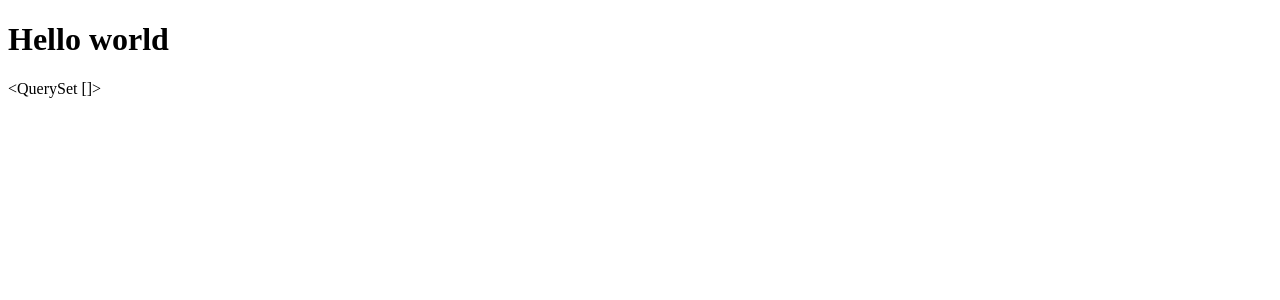
Repository: guidogr95/Django-CRM
Page: http://localhost/
These files come from the project's save history. The page is drawn as it stood at one moment and after the next save; the edit follows.
The browser window is 1280 px wide. The pictures show the whole page.
The page is served by the project's application, run on Django 3.2 (manage.py). Queries for data that is not in the repository find no rows.

Above is the page before, as saved 2021-06-27 12:50:02.

After the next save:
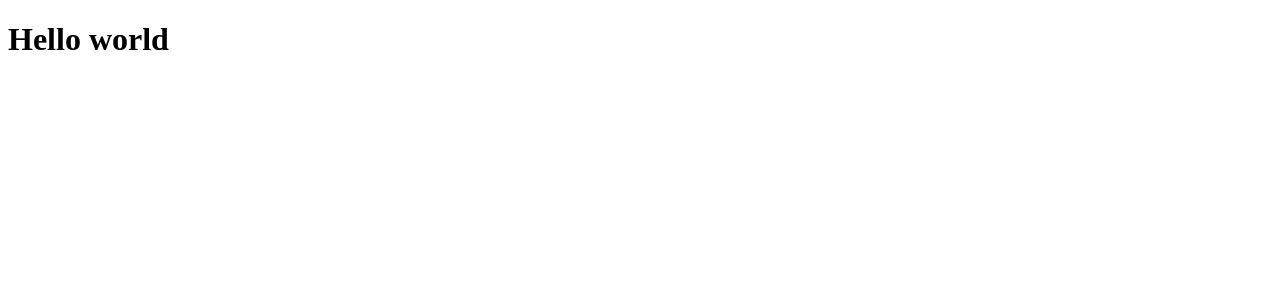
Saved 2 min 12 s later.
--- a/leads/templates/leads/home_page.html
+++ b/leads/templates/leads/home_page.html
@@ -10,7 +10,10 @@
   </head>
   <body>
     <h1>Hello world</h1>
-
-    {{ leads }}
+    <ul>
+      {% for lead in leads %}
+        <li>{{ lead.first_name }}</li>
+      {% endfor %}
+    </ul>
   </body>
 </html>
